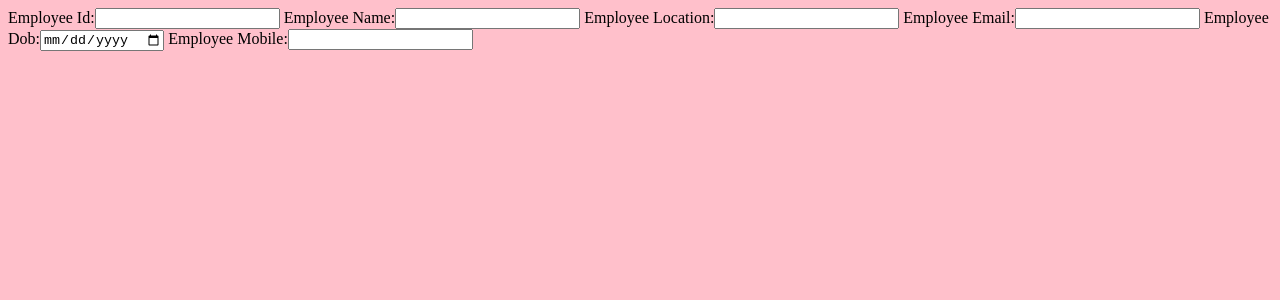
Repository: shaikhreza43/Employee_project
Page: http://localhost/employee_project/saveemployee.jsp
An editor plug-in stored every save of this project. The page is shown before and after the next save, followed by the edit.
The browser window is 1280 px wide. The pictures show the whole page.
The page is served by Tomcat 9. Other server files are loaded and not shown.

Above is the page before, as saved 2018-10-25 10:00:51.

### employee_project/WebContent/saveemployee.jsp
<%@ page language="java" contentType="text/html; charset=ISO-8859-1"
    pageEncoding="ISO-8859-1"%>
<!DOCTYPE html>
<html>
<head>
<meta charset="ISO-8859-1">
<title>Welcome</title>
</head>
<body bgcolor="pink">
<form action="saveemp.do" method="post">

Employee Id:<input type="text" name="id" id="id">
Employee Name:<input type="text" name="name" id="name">
Employee Location:<input type="text" name="location" id="location">
Employee Email:<input type="email" name="email" id="email">
Employee Dob:<input type="date" name="dob" id="dob">
Employee Mobile:<input type="number" name="phoneNumber" id="phoneNumber">





</form>



</body>
</html>

After the next save:
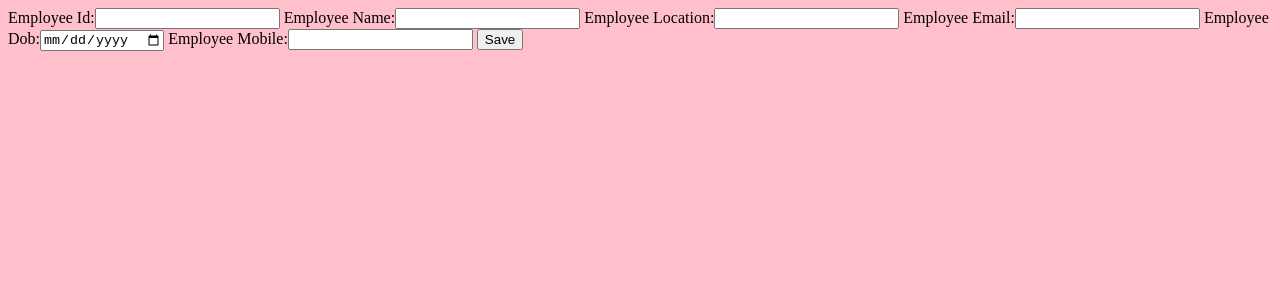
Saved 46 s later.
--- a/employee_project/WebContent/saveemployee.jsp
+++ b/employee_project/WebContent/saveemployee.jsp
@@ -16,6 +16,8 @@ Employee Email:<input type="email" name="email" id="email">
 Employee Dob:<input type="date" name="dob" id="dob">
 Employee Mobile:<input type="number" name="phoneNumber" id="phoneNumber">
 
+<input type="submit" value="Save">
+
 
 
 
